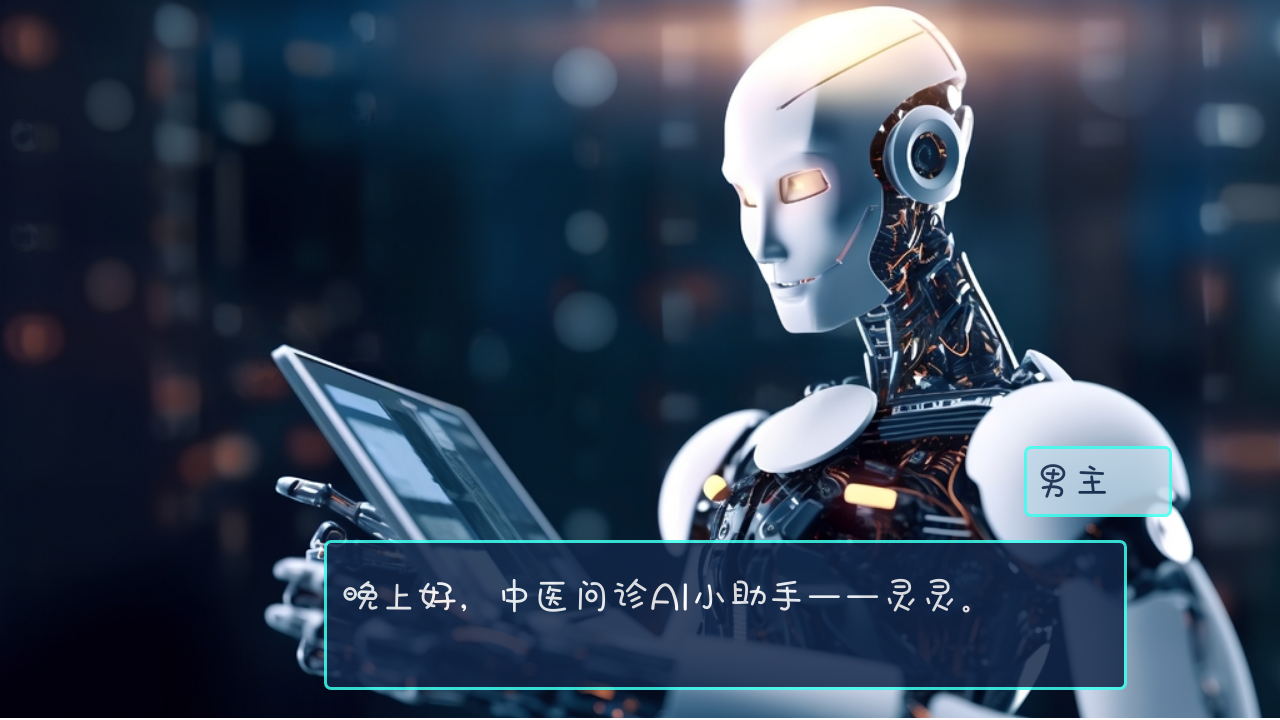
Repository: chjyume/zhongyi
Page: index3.html
The author's editor kept a copy of each file at every save. The page is drawn from the files as they stood at one save, then again after the next save.
The browser window is 1280 px wide. The pictures show the whole page.

Above is the page before, as saved 2023-09-10 17:08:21.
Console error: ReferenceError: $ is not defined

### index3.html
<!DOCTYPE html>
<html>
	<head>
		<meta name="viewport" content="width=device-width, initial-scale=1.0">
        <meta charset="utf-8" />
		<title>小故事引入</title>

        <link href="css\index3.css" rel="stylesheet" type="text/css">
		<link rel="stylesheet" type="text/css" href="family\font.css">
	</head>
	<style>
	body
	{
        background-image:url("img/img3-1.png");
		background-repeat:no-repeat;
        height: 100%;
        width: 100%;
        background-size:cover;
	}
	</style>
	<div id="dynamicTextDiv">
		<span id="dynamicText">男主</span>
	</div>
		<div id="textDiv"  tabindex="1"></div>
		<div id="endMarker" style="display: none;"></div>
		<div id="overlay">
			<div class="clearfix">
				<a class="btn btn1"><span class="btn-inner">中医针灸治疗（岐黄针）</span></a>
				<a class="btn btn1"><span class="btn-inner">中医音乐治疗</span></a>
				<a class="btn btn1"><span class="btn-inner">中医安神香囊</span></a>
			</div>
		</div>
		<div id="chosenDiv" style="display: none;  font-size: 50px;" tabindex="1">
			<div id="text1" tabindex="1">
			  <div id="bubble" class="t1"  tabindex="1"> 右佐匹克隆</div>
			  <div id="bubble" class="t2"  tabindex="1"> 奥沙西洋</div>
			  <div id="bubble" class="t3"  tabindex="1"> 加巴喷丁</div>
			  <div id="bubble" class="t4"  tabindex="1">苯二氮䓬类受体激动剂</div>
			  <div id="bubble" class="t5"  tabindex="1"> 艾司唑仑</div>
			  <div id="bubble" class="t6"  tabindex="1"> 三唑仑</div>
			  <div id="bubble" class="t7"  tabindex="1"> 水合氯醛</div>
			</div>
			<div id="text2"tabindex="1">
			  <div id="bubble" class="tt1"  tabindex="1"> 呼吸减慢法 </div>
			  <div id="bubble" class="tt2"  tabindex="1"> 联想法</div>
			  <div id="bubble" class="tt3"  tabindex="1"> 转动眼珠法</div>
			  <div id="bubble" class="tt4"  tabindex="1">用左侧鼻孔呼吸法</div>
			  <div id="bubble" class="tt5"  tabindex="1"> 回想法</div>
			  <div id="bubble" class="tt6"  tabindex="1"> 白噪音</div>
			  <div id="bubble" class="tt7"  tabindex="1"> 轻型助眠操</div>
			  <div id="bubble" class="tt8"  tabindex="1">安神补脑液</div>
			  <div id="bubble" class="tt9"  tabindex="1">刺激控制疗法</div>
			</div>
			<div id="text3"tabindex="1">
			  <div id="bubble" class="way1"  tabindex="1"> 中医针灸治疗（岐黄针） </div>
			  <div id="bubble" class="way2"  tabindex="1"> 中医音乐治疗</div>
			 <div id="bubble" class="way3"  tabindex="1">中医安神香囊</div>
			</div>
		</div>


	</body>
	<script src="js/index3.js"></script>
</html>

### css/index3.css
#textDiv {
  z-index: 2;
    width: 60%;
    cursor: pointer;
    height: 10vh;
    position: fixed;
    padding: 5vh 2vh;
    font-family:HYLeMiaoTi;
    font-size: 3vw;
    line-height: 3vw;
    top:75vh;
    left: 45vh;

    color: #122648;
    background: #c2d9e9;
    border: 0.5vh solid #3fffef;
    border-radius: 1vh;
    opacity: 0.85;
    overflow: hidden;
  }
  #dynamicTextDiv{
    width: 10vw;
    height: 5vh;
      position: fixed;
      padding: 2vh 1vh;
      font-family: HYLeMiaoTi;
      font-size: 3vw;
      line-height: 3vw;
      top: 62vh;
      right: 15vh;

      color: #122648;
        background: #c2d9e9;
        border: 0.5vh solid #3fffef;
        border-radius: 1vh;
        opacity: 0.85;
        overflow: hidden;

  }
  #chosenDiv{
    position: fixed;
    width: 150vh;
    height: 70vh;
    margin: 1vh;
    border: 0.1vh solid #2c80ff;
    border-radius: 1vh;
    background-color: transparent;
    backdrop-filter: blur(1vh);
    z-index: 5;
  }

  #bubble{
margin: 20px;
position: fixed;
padding: 20px 12px;
font-family:HYLeMiaoTi;
font-size: 25px;
line-height: 40px;
color: #c0ffef;
background: #1a4c96;
border: 1px solid #86f3ff;
border-radius: 10px;
opacity: 0.8;
}

#endMarker {
  position: fixed;
  z-index: 2;
  width: 0;
  height: 0;
  margin:auto;
  top:90vh;
  left:155vh;
  border-left: 2vh solid transparent;
  border-right: 2vh solid transparent;
  border-top: 3vh solid #00ffcc;
  animation: jump 0.5s infinite alternate;
}

@keyframes jump {
  0% {
    transform: translateY(0);
  }

  100% {
    transform: translateY(-1vh);
  }
}

#textContainer {
  position: absolute;
  top: 0;
  left: 0;
  width: 100%;
  height: 100%;
  padding: 10px;
  box-sizing: border-box;
  background-color: #122648;
  color: white;
}

#textBox {
  height: 100%;
  overflow-y: auto;
}

#overlay {
  position: fixed;
  top: 0;
  left: 0;
  width: 100%;
  height: 100%;
  background-color: rgba(0, 0, 0, 0.5);
  display: none;
  justify-content: center;
  align-items: center;
  z-index: 6;

}


.clearfix:after {
  content: "";
  display: block;
  clear: both;
  height: 0;
  visibility: hidden;
}

.clearfix {
  zoom: 1;
  display: flex;
  justify-content: center;
  align-items: center;
  height: 100vh;
  flex-direction: column;
}

.btn {
  margin-bottom: 7vh;
  display: inline-block;
  padding: 2vh 8vh;
  text-decoration: none;
  position: relative;
}

.btn1 {
  position: relative;
  color: #fff;
  background: #17A086;
  border: 1px solid #17A086;
  -webkit-transition: background-color .3s, color .3s;
  transition: background-color .3s, color .3s
}

.btn1:before {
  content: '';
  position: absolute;
  top: -15px;
  left: -15px;
  bottom: -15px;
  right: -15px;
  background: inherit;
  z-index: -1;
  opacity: 0.5;
  -webkit-transform: scale3d(.6, .4, 1);
  transform: scale3d(.6, .4, 1);
  display: none\9;
}

.btn1:hover {
  background: #1DCBA8;
  border-color: #1DCBA8;
  -webkit-transition: background-color .1s .3s, color .1s .3s;
  transition: background-color .1s .3s, color .1s .3s;
  -webkit-animation: anim-moema-1 .3s forwards;
  animation: anim-moema-1 .3s forwards
}

.btn1:hover:before {
  -webkit-animation: anim-moema-2 .3s .3s forwards;
  animation: anim-moema-2 .3s .3s forwards;
}

@-webkit-keyframes anim-moema-1 {
  60% {
    -webkit-transform: scale3d(.8, .8, 1);
    transform: scale3d(.8, .8, 1)
  }

  85% {
    -webkit-transform: scale3d(1.1, 1.1, 1);
    transform: scale3d(1.1, 1.1, 1)
  }

  100% {
    -webkit-transform: scale3d(1, 1, 1);
    transform: scale3d(1, 1, 1)
  }
}

@keyframes anim-moema-1 {
  60% {
    -webkit-transform: scale3d(.8, .8, 1);
    transform: scale3d(.8, .8, 1)
  }

  85% {
    -webkit-transform: scale3d(1.1, 1.1, 1);
    transform: scale3d(1.1, 1.1, 1)
  }

  100% {
    -webkit-transform: scale3d(1, 1, 1);
    transform: scale3d(1, 1, 1)
  }
}

@-webkit-keyframes anim-moema-2 {
  to {
    opacity: 0;
    -webkit-transform: scale3d(1, 1, 1);
    transform: scale3d(1, 1, 1)
  }
}

@keyframes anim-moema-2 {
  to {
    opacity: 0;
    -webkit-transform: scale3d(1, 1, 1);
    transform: scale3d(1, 1, 1)
  }
}

### family/font.css
@font-face {
    font-family: "HYLeMiaoTi";
    src:url("HYLeMiaoTiJ.ttf");
    font-weight: normal;
    font-style: normal;
}

### js/index3.js
var textDiv = document.getElementById('textDiv');
var texts = ['晚上好，中医问诊AI小助手——灵灵。',
  '晚上好，这么晚了，主人怎么还没有休息？',
  '我又失眠了，我的安眠药也吃完了，怎么都睡不着。不是你说可以帮助我的吗？',
  '我通过全网查询得到以下诸多方法治疗失眠，你可以诉说你的需求进行筛选',
  '我不想吃药了！',
  '好的，已为你进行筛选。',
  '我怕麻烦！',
  '好的，已为你再次筛选。',
  '我怕痛',
  '好的，其中的针灸并不痛',
  '那我可以尝试一下'
];
var currentTextIndex = -1;
var currentText = "";
var originalBackgroundColor = "lightblue";
var originalColor = "black";

function showNextText() {
  document.body.style.overflow = 'hidden';
  if (currentTextIndex < texts.length - 1) {
    var endMarker = document.getElementById('endMarker');
    endMarker.style.display = 'none';
    currentTextIndex++;
    currentText = texts[currentTextIndex];
    var i = 0;
    textDiv.innerHTML = ""; // 清空文字内容

    var typing = setInterval(function() {
      if (i < currentText.length) {
        var span = document.createElement("span");
        span.textContent = currentText.charAt(i);
        if (currentTextIndex % 2 === 0 ) {
          span.style.color = "white"; //改变字体颜色
          textDiv.style.backgroundColor = "#122648"; // 改变背景颜色
          textDiv.style.color = originalColor; // 设置字体颜色
        } else {
          span.style.color = originalColor; // 恢复字体颜色
          textDiv.style.backgroundColor = originalBackgroundColor; // 恢复背景颜色
        }

        textDiv.appendChild(span);
        i++;
        if (currentTextIndex === 3) {
          var chosenDiv = document.getElementById('chosenDiv');
          chosenDiv.style.display = 'block';
        }

//遮罩层

        if (currentTextIndex === texts.length-1) {
          const overlay = document.querySelector('#overlay');
          textDiv.addEventListener('click', () => {
            overlay.style.display = 'flex';

            textDiv.style.display = 'none'; // 隐藏textDiv
            endMarker.style.display = 'none';
          });
        }else {
          return;
          }

//句末三角
         if (i === currentText.length) {
          var endMarker = document.getElementById('endMarker');
          endMarker.style.display = 'block';
        }
      } else {
        clearInterval(typing);
      }
    }, 100);
  } else {
    return;
  }
}
textDiv.addEventListener('click', showNextText);

showNextText();


 $(function () {
            $('.btn').on('click', function (e) {
                var parentOffset = $(this).offset(),
                    relX = e.pageX - parentOffset.left,
                    relY = e.pageY - parentOffset.top;
                $(this).find('.bgsqr1').css({
                    top: relY,
                    left: relX
                });
            });
        });

After the next save:
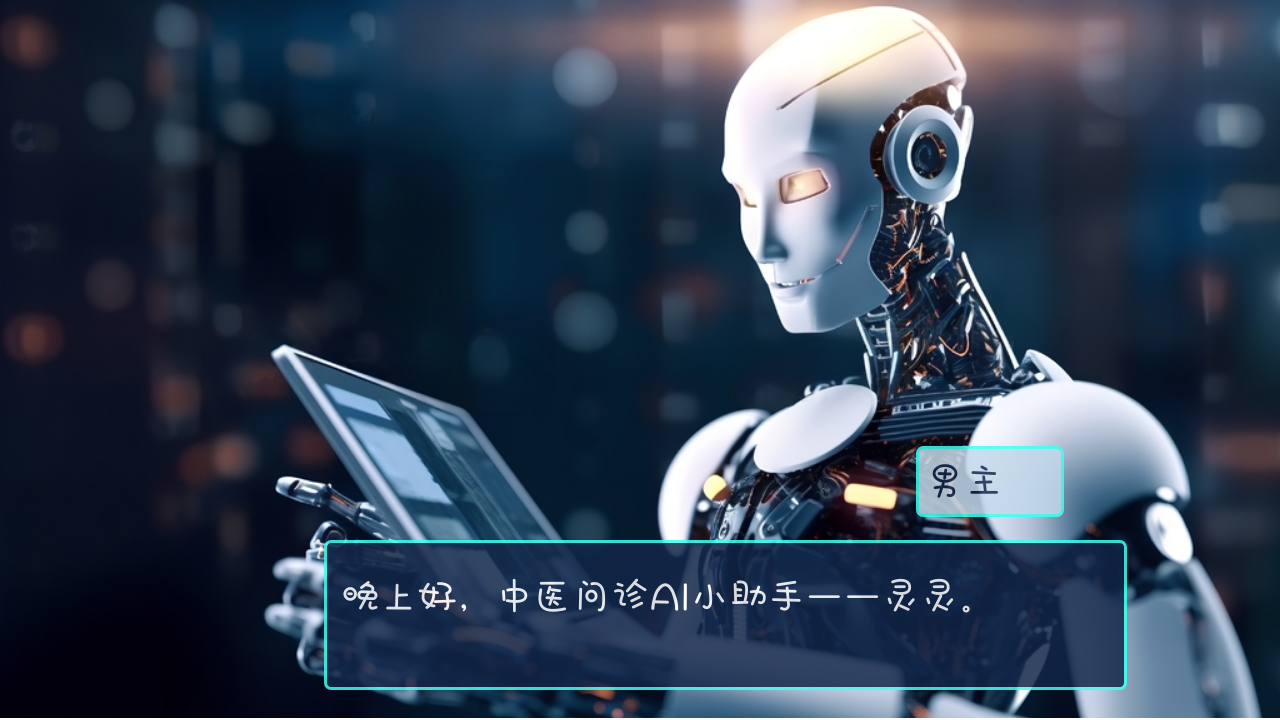
Saved 6 s later.
--- a/css/index3.css
+++ b/css/index3.css
@@ -27,7 +27,7 @@
       font-size: 3vw;
       line-height: 3vw;
       top: 62vh;
-      right: 15vh;
+      right: 30vh;
 
       color: #122648;
         background: #c2d9e9;
